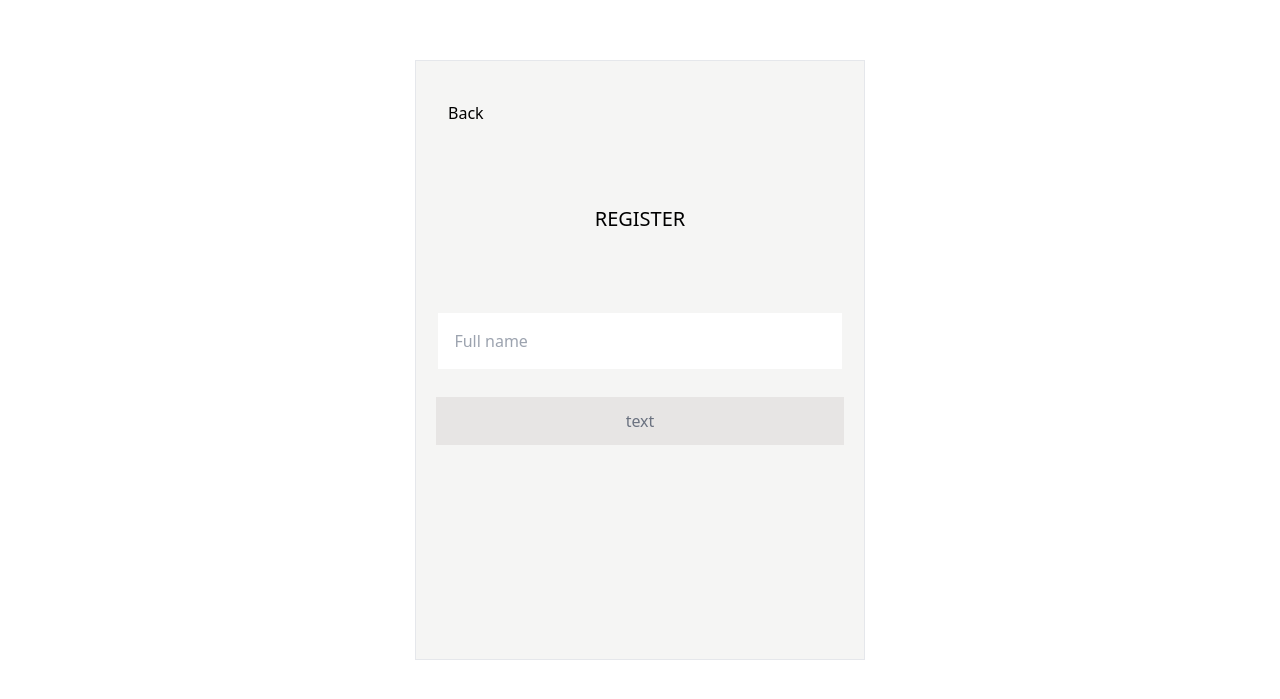
Repository: hsumyatm7308/oop-loginregister-php
Page: login.html
These files come from the project's save history. The page is drawn as it stood at one moment and after the next save; the edit follows.
The browser window is 1280 px wide. The pictures show the whole page.
Some web libraries are served in a nearby version.

Above is the page before, as saved 2023-08-01 14:31:33.

After the next save:
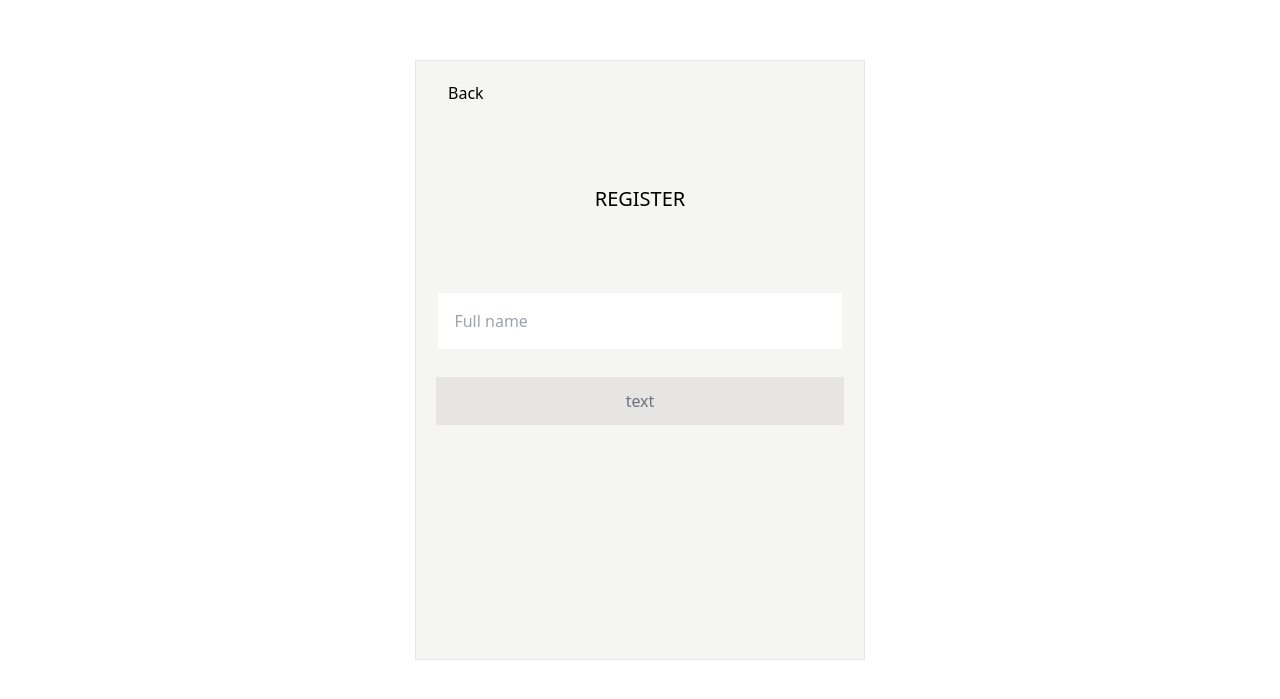
Saved 15 s later.
--- a/login.html
+++ b/login.html
@@ -14,7 +14,7 @@
 <body class="w-screen h-screen  flex justify-center items-center">
 
     <div class="w-[450px] h-[600px] bg-stone-100 border flex items-center flex-col">
-        <span class="self-start ml-8 mt-10">Back</span>
+        <span class="self-start ml-8 mt-5">Back</span>
 
 
         <h1 class="text-xl text-black uppercase mt-20">Register</h1>
